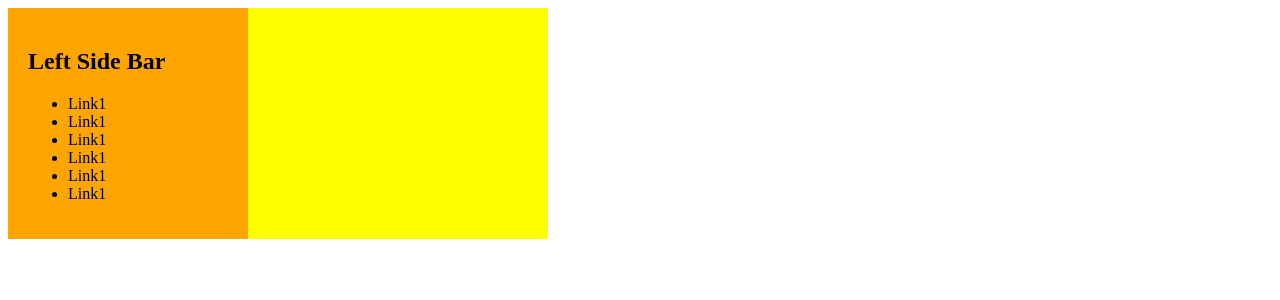
Repository: lixinso/html5
Page: workspace/CSS3/WebContent/layout/layout_box_layout.html
The author's editor kept a copy of each file at every save. The page is drawn from the files as they stood at one save, then again after the next save.
The browser window is 1280 px wide. The pictures show the whole page.

Above is the page before, as saved 2011-05-28 16:17:43.

After the next save:
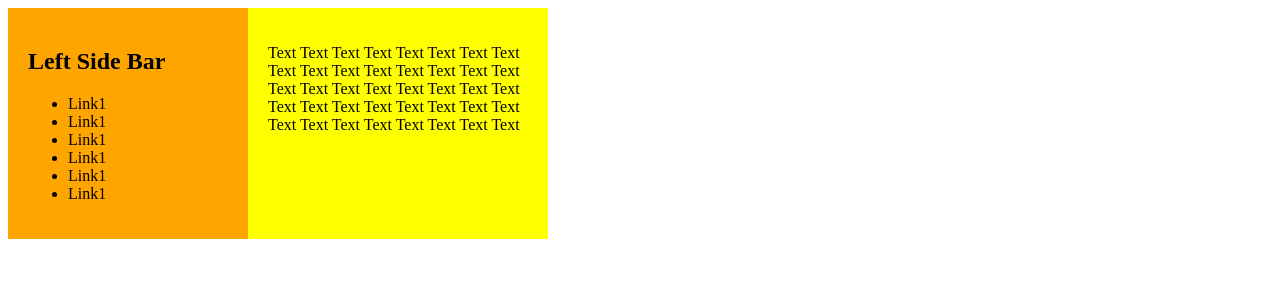
Saved 21 s later.
--- a/workspace/CSS3/WebContent/layout/layout_box_layout.html
+++ b/workspace/CSS3/WebContent/layout/layout_box_layout.html
@@ -41,7 +41,9 @@
 		</div>
 		<div id="contents">
 			<p>
-
+				 Text Text Text Text Text Text Text Text Text Text Text Text Text Text Text
+				  Text Text Text Text Text Text Text Text Text Text Text Text Text Text Text
+				   Text Text Text Text Text Text Text Text Text Text
 			</p>
 		</div>
 
